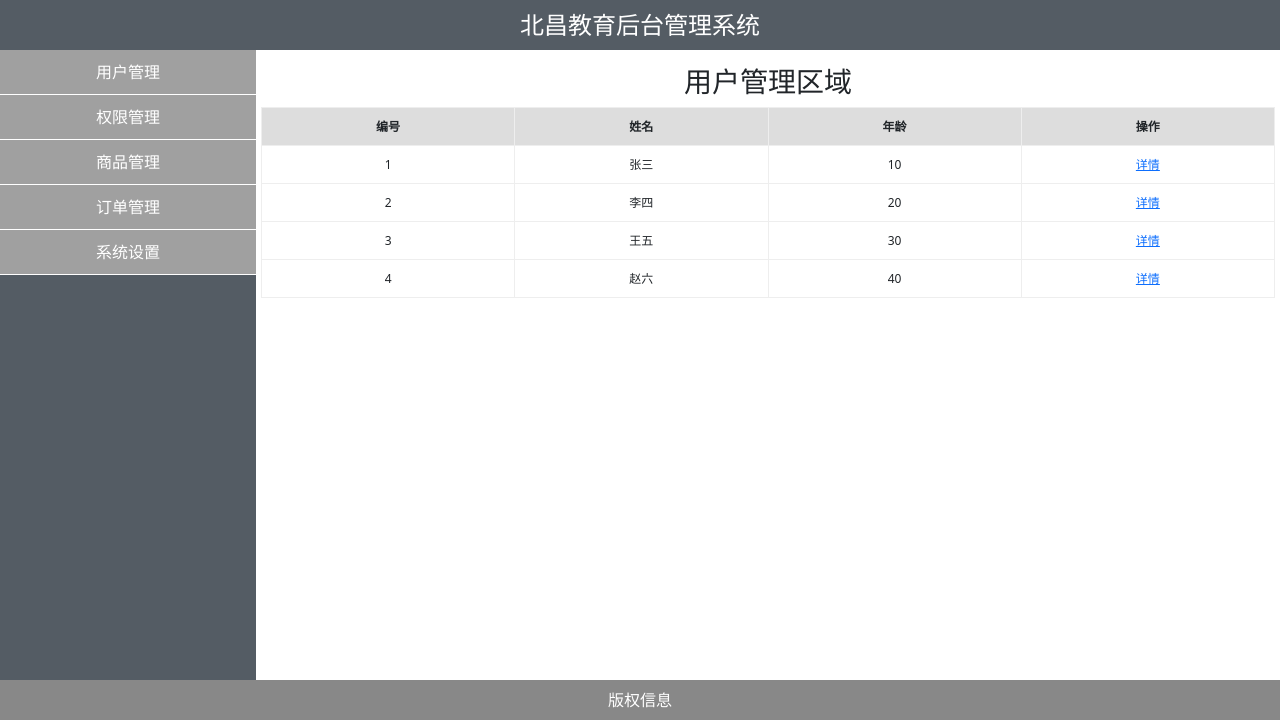
Repository: xiaosi0707/2212-v2
Page: /#/users
An editor plug-in stored every save of this project. The page is shown before and after a run of saves, followed by the edit.
The browser window is 1280 px wide. The pictures show the whole page.
The project was rebuilt for these pictures with package versions that can differ from the ones it lists, and the page was loaded fresh each time. Also part of the build but not shown: vue.config.js, src/components/houtai/rights.vue, src/components/houtai/user-info.vue.

Above is the page before, as saved 2023-11-01 15:07:10.

After the next 3 saves:
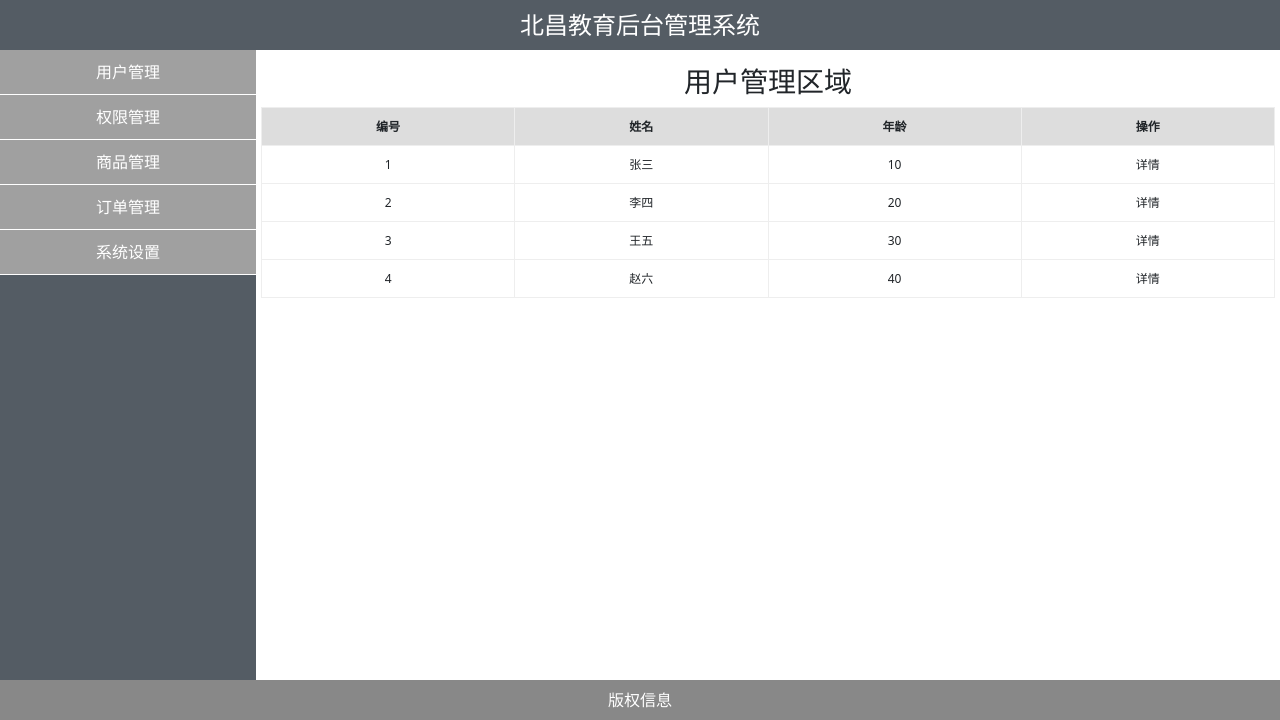
The 3 saves are shown as one change because they came seconds apart.
The last was saved 20 s later.
--- a/src/components/houtai/users.vue
+++ b/src/components/houtai/users.vue
@@ -16,7 +16,7 @@
           <td>{{ item.uname }}</td>
           <td>{{ item.age }}</td>
           <td>
-            <a href="javascript:;">详情</a>
+            <router-link to="/userinfo"></router-link>详情</a>
           </td>
         </tr>
       </tbody>

After the 2 saves that followed:
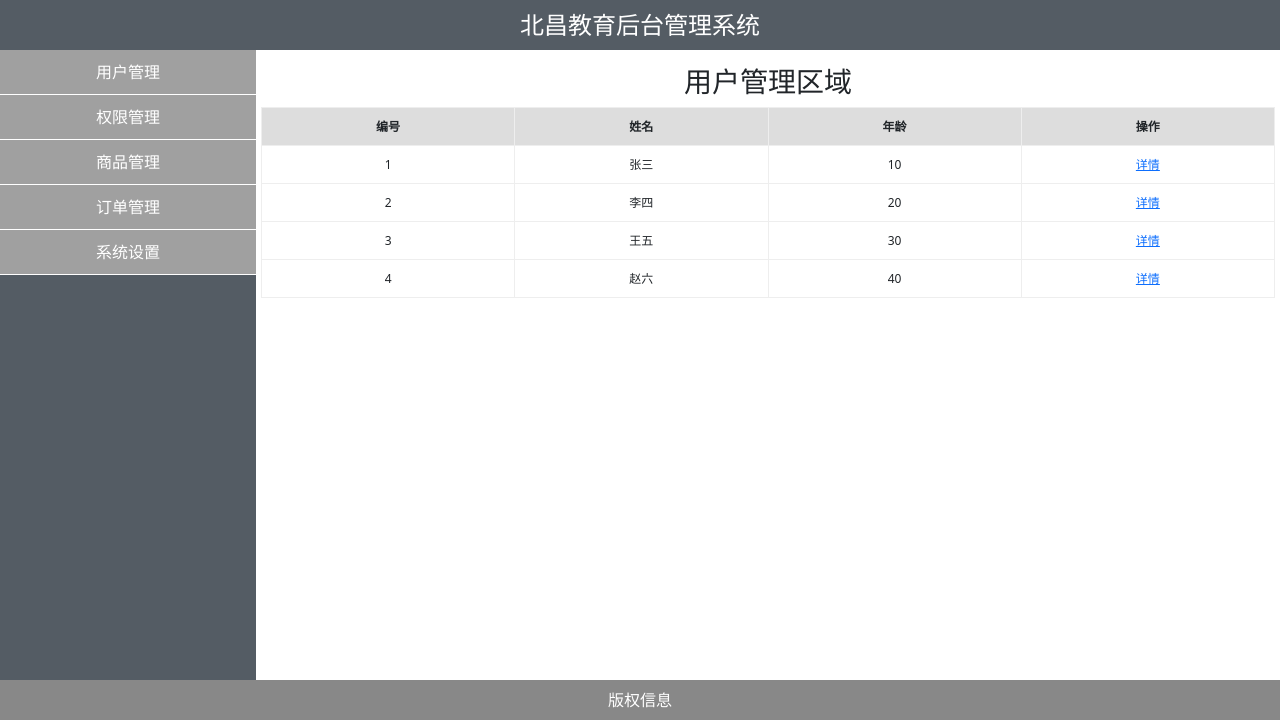
The 2 saves are shown as one change because they came seconds apart.
The last was saved 6 s later.
--- a/src/components/houtai/users.vue
+++ b/src/components/houtai/users.vue
@@ -16,7 +16,7 @@
           <td>{{ item.uname }}</td>
           <td>{{ item.age }}</td>
           <td>
-            <router-link to="/userinfo"></router-link>详情</a>
+            <router-link to="/userinfo">详情</router-link>
           </td>
         </tr>
       </tbody>
